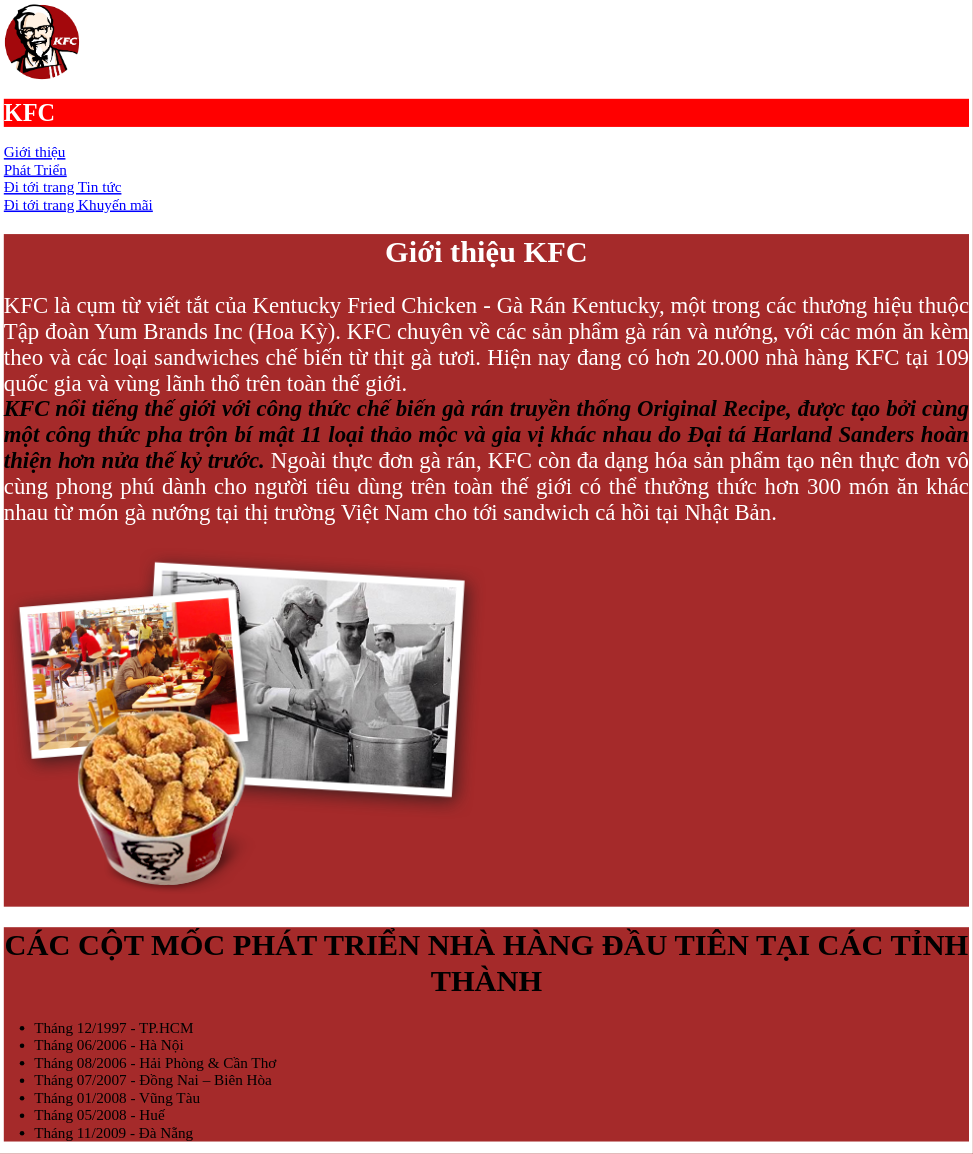
Repository: giahuy405/BC38__-BaiTapHTML_KFC__Pham_Gia_Huy
Page: index.html
These files come from the project's save history. The page is drawn as it stood at one moment and after a run of saves; the edit follows.
The browser window is 1280 px wide. The pictures show the whole page, at 76% of full size.

Above is the page before, as saved 2022-09-06 19:34:04.

### index.html
<!DOCTYPE html>
<html lang="en">
<head>
    <meta charset="UTF-8">
    <meta http-equiv="X-UA-Compatible" content="IE=edge">
    <meta name="viewport" content="width=device-width, initial-scale=1.0">
    <title>Document</title>
    <link rel="stylesheet" href="./css/index.css">
</head>
<body>
    <header>
        <img src="./img/logo.png" alt="">
        <h1>KFC</h1>
    </header>
    <nav>
        <ul>
            <li><a href="#">Giới thiệu</a></li>
            <li><a href="#">Phát Triển</a></li>
            <li><a href="#">Đi tới trang Tin tức</a></li>
            <li><a href="#">Đi tới trang Khuyến mãi</a></li>
        </ul>
    </nav>
    <div class="introduce-KFC">
        <h1>Giới thiệu KFC</h1>

        <p>KFC là cụm từ viết tắt của Kentucky Fried Chicken - Gà Rán Kentucky, một trong các thương hiệu thuộc Tập đoàn Yum Brands Inc (Hoa Kỳ). KFC chuyên về các sản phẩm gà rán và nướng, với các món ăn kèm theo và các loại sandwiches chế biến từ thịt gà tươi. Hiện nay đang có hơn 20.000 nhà hàng KFC tại 109 quốc gia và vùng lãnh thổ trên toàn thế giới.
        <br>
            <span><i style="color:black;"><b>KFC nổi tiếng thế giới với công thức chế biến gà rán truyền thống Original Recipe, được tạo bởi cùng một công thức pha trộn bí mật 11 loại thảo mộc và gia vị khác nhau do Đại tá Harland Sanders hoàn thiện hơn nửa thế kỷ trước.</b></i></span> Ngoài thực đơn gà rán, KFC còn đa dạng hóa sản phẩm tạo nên thực đơn vô cùng phong phú dành cho người tiêu dùng trên toàn thế giới có thể thưởng thức hơn 300 món ăn khác nhau từ món gà nướng tại thị trường Việt Nam cho tới sandwich cá hồi tại Nhật Bản.
        </p>
        <img style="width:50%" src="./img/about-pic-1.png" alt="">
    </div>

    <div class="branch-KFC">
        <h1>CÁC CỘT MỐC PHÁT TRIỂN NHÀ HÀNG ĐẦU TIÊN TẠI CÁC TỈNH THÀNH</h1>

        <ul>
            <li>Tháng 12/1997 - TP.HCM</li>
            <li>Tháng 06/2006 - Hà Nội</li>
            <li>Tháng 08/2006 - Hải Phòng & Cần Thơ</li>
            <li>Tháng 07/2007 - Đồng Nai – Biên Hòa</li>
            <li>Tháng 01/2008 - Vũng Tàu</li>
            <li>Tháng 05/2008 - Huế</li>
            <li>Tháng 11/2009 - Đà Nẵng</li>
        </ul>

    </div>
</body>
</html>

### css/index.css
*{
    box-sizing: border-box;
}
body{
    padding: 0;
    margin: 5px;
}
header img{
    width: 100px;
}
header h1{
    background-color: red;
    color: white;
}
nav ul{
    list-style: none;
    padding: 0;
}
nav ul li a{
    font-size: 20px;
    color: blue;
}
.introduce-KFC{
    background-color: #a52a2a;
}
.introduce-KFC h1{
    text-align:center ;
    font-size: 40px;
    color: white;
}
.introduce-KFC p{
    font-size: 30px;
    color: white;
    text-align: justify;
}
.branch-KFC{
    background-color: #a52a2a;
}
.branch-KFC h1{
    font-size: 40px;
    text-align: center;
}
.branch-KFC ul li{
    font-size: 20px;
}

After the next 2 saves:
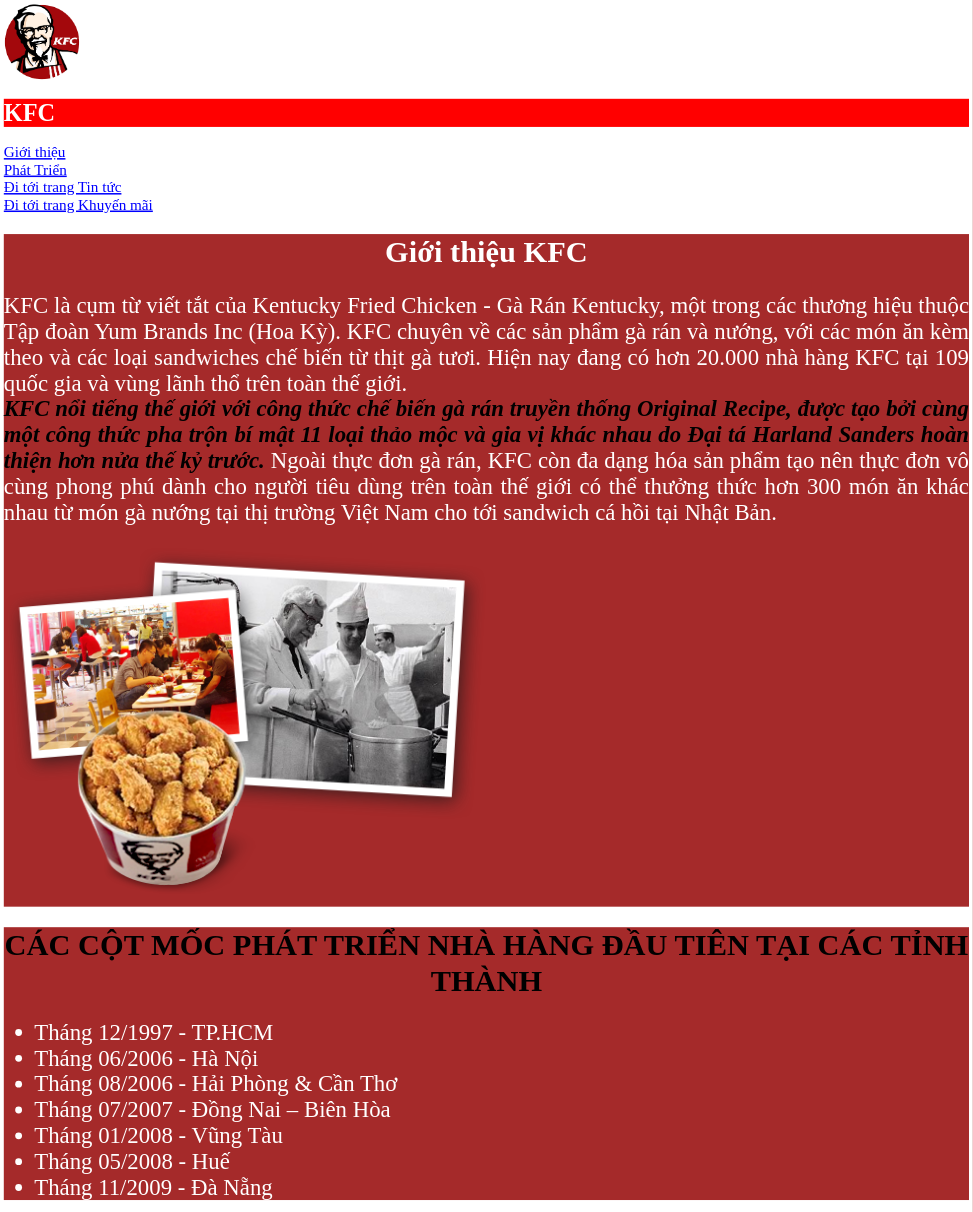
The 2 saves are shown as one change because they came seconds apart.
The last was saved 7 s later.
--- a/css/index.css
+++ b/css/index.css
@@ -41,5 +41,6 @@
     text-align: center;
 }
 .branch-KFC ul li{
-    font-size: 20px;
+    font-size: 30px;
+    color: white;
 }
